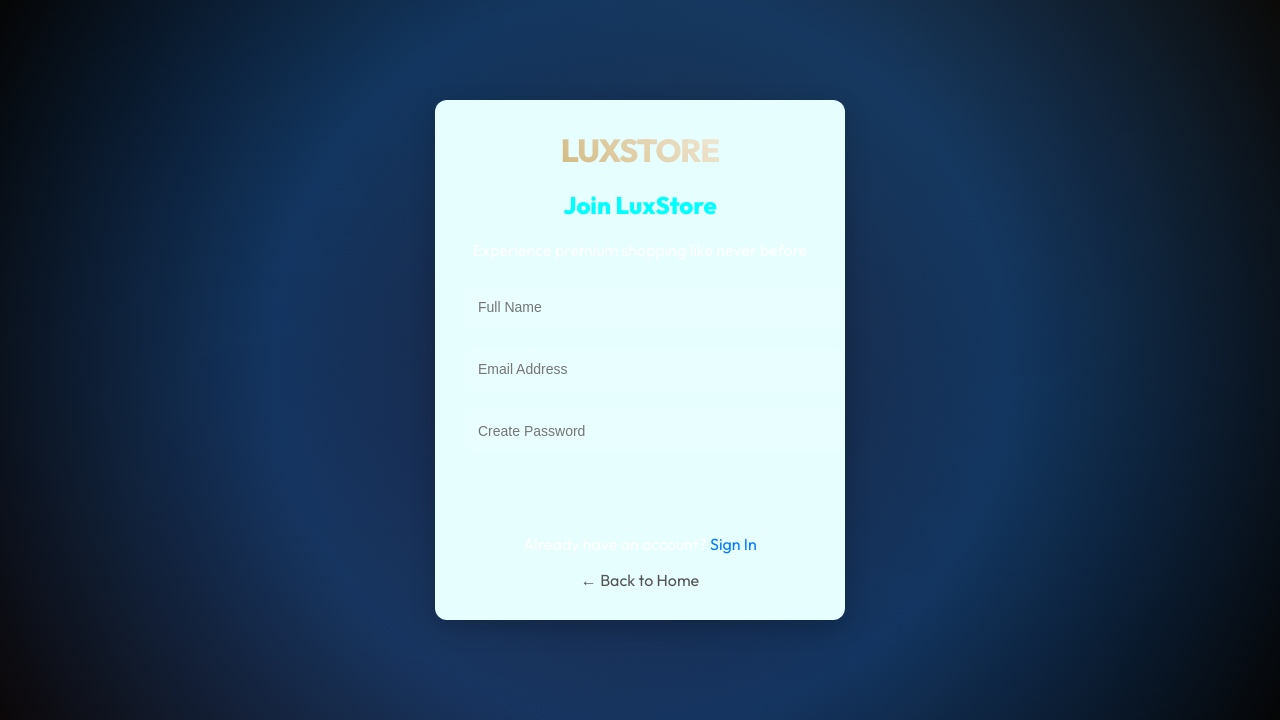
Repository: pradeepkumarh-17/Ecommerce
Page: http://localhost/EcomStore/views/auth/register.jsp
These files come from the project's save history. The page is drawn as it stood at one moment and after the next save; the edit follows.
The browser window is 1280 px wide. The pictures show the whole page.
Some web libraries are served in a nearby version. The page is served by Tomcat 10. Other server files are loaded and not shown.

Above is the page before, as saved 2026-05-03 08:00:58.

### EcomStore/src/main/webapp/views/auth/register.jsp
<%@ page contentType="text/html; charset=UTF-8" pageEncoding="UTF-8"%>

<!DOCTYPE html>
<html>
<head>
    <meta charset="UTF-8">
    <meta name="viewport" content="width=device-width, initial-scale=1.0">
    <title>Create Account | LuxStore</title>

    <!-- Google Fonts -->
    <link rel="preconnect" href="https://fonts.googleapis.com">
    <link rel="preconnect" href="https://fonts.gstatic.com" crossorigin>
    <link href="https://fonts.googleapis.com/css2?family=Outfit:wght@300;400;600;800&display=swap" rel="stylesheet">

    <link rel="stylesheet" href="<%= request.getContextPath() %>/assets/css/auth.css">
    <link rel="stylesheet" href="<%= request.getContextPath() %>/assets/css/modern-ui.css">

    <!-- GSAP -->
    <script src="https://cdnjs.cloudflare.com/ajax/libs/gsap/3.12.2/gsap.min.js"></script>
</head>

<body class="auth-page">

    <div class="bg-animation"></div>

    <div class="auth-container container-3d">

        <div class="auth-box glass-panel">

            <div class="logo">LUX<span>STORE</span></div>
            <h2>Join LuxStore</h2>
            <p class="subtitle">Experience premium shopping like never before</p>

            <form action="<%= request.getContextPath() %>/auth" method="post" class="animated-form">

                <input type="hidden" name="action" value="register">

                <div class="input-group">
                    <input type="text" name="name" placeholder="Full Name" required>
                </div>

                <div class="input-group">
                    <input type="email" name="email" placeholder="Email Address" required>
                </div>

                <div class="input-group">
                    <input type="password" name="password" placeholder="Create Password" required>
                </div>

                <button type="submit" class="cart-btn">Create Account</button>

            </form>

            <p class="switch">
                Already have an account? <a href="<%= request.getContextPath() %>/views/auth/login.jsp">Sign In</a>
            </p>

            <a class="back-home" href="<%= request.getContextPath() %>/views/user/home.jsp">
                <span>&larr;</span> Back to Home
            </a>
        </div>

    </div>

    <script>
        document.addEventListener('DOMContentLoaded', () => {
            gsap.from('.auth-box', {
                duration: 1.2,
                y: 100,
                opacity: 0,
                scale: 0.8,
                rotationX: -20,
                ease: 'power4.out'
            });

            gsap.from('.input-group, .cart-btn', {
                duration: 1,
                x: 30,
                opacity: 0,
                stagger: 0.1,
                delay: 0.5,
                ease: 'power3.out'
            });
        });
    </script>
</body>
</html>

### EcomStore/src/main/webapp/assets/css/auth.css
body {
    margin: 0;
    font-family: 'Segoe UI', sans-serif;
    background: linear-gradient(135deg, #4facfe, #00f2fe);
    height: 100vh;
}

/* CENTER */
.auth-container {
    display: flex;
    justify-content: center;
    align-items: center;
    height: 100%;
}

/* CARD */
.auth-box {
    width: 350px;
    padding: 30px;
    background:#e7feff;
    border-radius: 12px;
    box-shadow: 0 8px 25px rgba(0,0,0,0.2);
    text-align: center;
}

/* TITLE */
.auth-box h2 {
    margin-bottom: 20px;
    color:#00ffff;
}

.auth-box subtile{
	color: #71e31c;
}

/* INPUT */
.auth-box input {
    width: 100%;
    padding: 12px;
    margin: 10px 0;
    border-radius: 8px;
    border: 1px solid rgb(128, 255, 0);
    font-size: 14px;
}

/* FOCUS */
.auth-box input:focus {
    border-color: #28a745;
    outline: none;
}

/* BUTTON */
.auth-box button {
    width: 100%;
    padding: 12px;
    background: #ff0000; /* red */
    color: white;
    border: none;
    border-radius: 8px;
    font-size: 16px;
    cursor: pointer;
    transition: 0.3s;
}

/* Hover effect */
.auth-box button:hover {
    background: #ff0000; /* darker red */
}

/* SWITCH LINK */
.switch {
    margin-top: 15px;
}

.switch a {
    color: #007bff;
    text-decoration: none;
}

/* BACK HOME */
.back-home {
    display: block;
    margin-top: 15px;
    text-decoration: none;
    color: #555;
}

/* ERROR */
.error {
    color: red;
    margin-bottom: 10px;
}

### EcomStore/src/main/webapp/assets/css/modern-ui.css
:root {
    --primary: #c5a358; /* Gold accent */
    --secondary: #1a1a2e; /* Deep dark blue */
    --accent: #e94560; /* Vibrant pink/red */
    --bg-dark: #0f3460;
    --glass: rgba(255, 255, 255, 0.05);
    --glass-border: rgba(255, 255, 255, 0.1);
    --glass-text: rgba(255, 255, 255, 0.8);
    --shadow-3d: 0 20px 40px rgba(0,0,0,0.4), 0 10px 10px rgba(0,0,0,0.2);
    --transition-fast: 0.3s cubic-bezier(0.4, 0, 0.2, 1);
    --transition-slow: 0.6s cubic-bezier(0.4, 0, 0.2, 1);
}

@import url('https://fonts.googleapis.com/css2?family=Outfit:wght@300;400;600;800&display=swap');

body {
    margin: 0;
    font-family: 'Outfit', sans-serif;
    background: #050505;
    color: #fff;
    overflow-x: hidden;
    scroll-behavior: smooth;
}

/* Animated Gradient Background */
.bg-animation {
    position: fixed;
    top: 0;
    left: 0;
    width: 100%;
    height: 100%;
    background: radial-gradient(circle at 50% 50%, #16213e 0%, #0f3460 50%, #050505 100%);
    z-index: -1;
    overflow: hidden;
}

.bg-animation::after {
    content: '';
    position: absolute;
    top: -50%;
    left: -50%;
    width: 200%;
    height: 200%;
    background: radial-gradient(circle at 30% 30%, rgba(197, 163, 88, 0.05) 0%, transparent 40%),
                radial-gradient(circle at 70% 70%, rgba(233, 69, 96, 0.05) 0%, transparent 40%);
    animation: rotateBG 20s linear infinite;
}

@keyframes rotateBG {
    0% { transform: rotate(0deg); }
    100% { transform: rotate(360deg); }
}

/* 3D Perspective Container */
.container-3d {
    perspective: 1000px;
}

/* Glassmorphism Header */
.header {
    background: rgba(15, 52, 96, 0.7) !important;
    backdrop-filter: blur(15px);
    border-bottom: 1px solid var(--glass-border);
    position: sticky;
    top: 0;
    z-index: 1000;
    padding: 15px 60px !important;
    transition: var(--transition-fast);
}

.header.scrolled {
    padding: 10px 60px !important;
    background: rgba(15, 52, 96, 0.9) !important;
}

.logo {
    font-size: 32px !important;
    background: linear-gradient(45deg, var(--primary), #fff);
    -webkit-background-clip: text;
    background-clip: text;
    -webkit-text-fill-color: transparent;
    font-weight: 800 !important;
    letter-spacing: -1px;
}

.nav-links a {
    color: var(--glass-text) !important;
    position: relative;
    font-weight: 400 !important;
    padding: 5px 10px;
    border-radius: 5px;
    transition: var(--transition-fast);
}

.nav-links a::after {
    content: '';
    position: absolute;
    bottom: 0;
    left: 50%;
    width: 0;
    height: 2px;
    background: var(--primary);
    transition: var(--transition-fast);
    transform: translateX(-50%);
}

.nav-links a:hover {
    color: #fff !important;
}

.nav-links a:hover::after {
    width: 80%;
}

/* 3D Glass Product Card */
.product-card {
    background: var(--glass) !important;
    backdrop-filter: blur(10px);
    border: 1px solid var(--glass-border) !important;
    border-radius: 20px !important;
    padding: 20px !important;
    transform-style: preserve-3d;
    transition: transform 0.5s cubic-bezier(0.23, 1, 0.32, 1), box-shadow 0.5s ease !important;
    position: relative;
}

.product-card:hover {
    transform: translateY(-10px) rotateX(5deg) rotateY(-5deg) !important;
    box-shadow: 0 30px 60px rgba(0,0,0,0.6) !important;
    border-color: var(--primary) !important;
}

.product-card img {
    border-radius: 15px !important;
    transform: translateZ(20px);
    transition: var(--transition-fast);
    box-shadow: 0 10px 20px rgba(0,0,0,0.3);
}

.product-card h3 {
    color: #fff !important;
    transform: translateZ(30px);
    margin: 15px 0 5px 0 !important;
}

.product-card .price {
    color: var(--primary) !important;
    transform: translateZ(25px);
    font-size: 20px !important;
}

.cart-btn {
    background: linear-gradient(45deg, var(--primary), #b08d42) !important;
    border: none !important;
    border-radius: 30px !important;
    color: #000 !important;
    font-weight: 700 !important;
    padding: 12px !important;
    margin-top: 15px !important;
    transform: translateZ(40px);
    transition: var(--transition-fast) !important;
    cursor: pointer;
}

.cart-btn:hover {
    background: #fff !important;
    transform: translateZ(50px) scale(1.05) !important;
    box-shadow: 0 0 20px var(--primary);
}

/* Hero Section Enhancement */
.hero {
    height: 450px !important;
    border-radius: 30px !important;
    position: relative;
    overflow: hidden;
    background: none !important;
    border: 1px solid var(--glass-border);
}

.hero::before {
    content: '';
    position: absolute;
    top: 0;
    left: 0;
    width: 100%;
    height: 100%;
    background: linear-gradient(rgba(0,0,0,0.2), rgba(0,0,0,0.8)), url('https://images.unsplash.com/photo-1441986300917-64674bd600d8?ixlib=rb-1.2.1&auto=format&fit=crop&w=1350&q=80');
    background-size: cover;
    background-position: center;
    z-index: -1;
    transition: transform 5s ease;
}

.hero:hover::before {
    transform: scale(1.1);
}

.hero h1 {
    font-size: 64px !important;
    color: #fff !important;
    text-shadow: 0 10px 20px rgba(0,0,0,0.5);
    margin-bottom: 20px !important;
}

.hero .btn {
    background: var(--primary) !important;
    color: #000 !important;
    padding: 15px 40px !important;
    border-radius: 50px !important;
    font-size: 18px !important;
    box-shadow: 0 10px 20px rgba(197, 163, 88, 0.3);
}

/* Category Cards */
.category-card {
    background: var(--glass) !important;
    border: 1px solid var(--glass-border) !important;
    color: #fff !important;
    border-radius: 15px !important;
    padding: 20px 40px !important;
    transition: var(--transition-fast) !important;
}

.category-card:hover {
    background: var(--primary) !important;
    color: #000 !important;
    transform: scale(1.1) rotate(2deg) !important;
}

/* Forms */
input, select, textarea {
    background: rgba(255,255,255,0.05) !important;
    border: 1px solid var(--glass-border) !important;
    color: #fff !important;
    border-radius: 8px !important;
    padding: 12px !important;
    transition: var(--transition-fast);
}

input:focus {
    border-color: var(--primary) !important;
    background: rgba(255,255,255,0.1) !important;
    box-shadow: 0 0 15px rgba(197, 163, 88, 0.2);
    outline: none;
}

/* Premium Scrollbar */
::-webkit-scrollbar {
    width: 8px;
}

::-webkit-scrollbar-track {
    background: #050505;
}

::-webkit-scrollbar-thumb {
    background: var(--primary);
    border-radius: 10px;
}

::-webkit-scrollbar-thumb:hover {
    background: #fff;
}

After the next save:
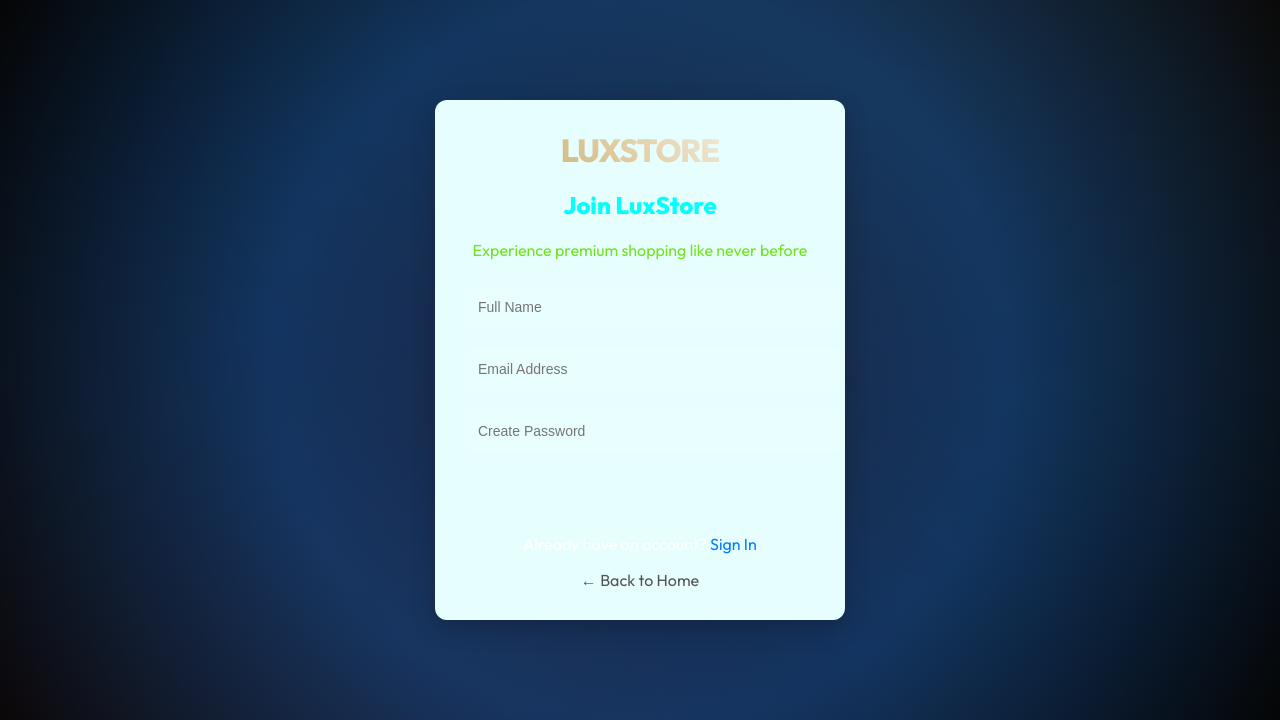
Saved 92 s later.
--- a/EcomStore/src/main/webapp/assets/css/auth.css
+++ b/EcomStore/src/main/webapp/assets/css/auth.css
@@ -29,7 +29,7 @@ body {
     color:#00ffff;
 }
 
-.auth-box subtile{
+.subtitle{
 	color: #71e31c;
 }
 
